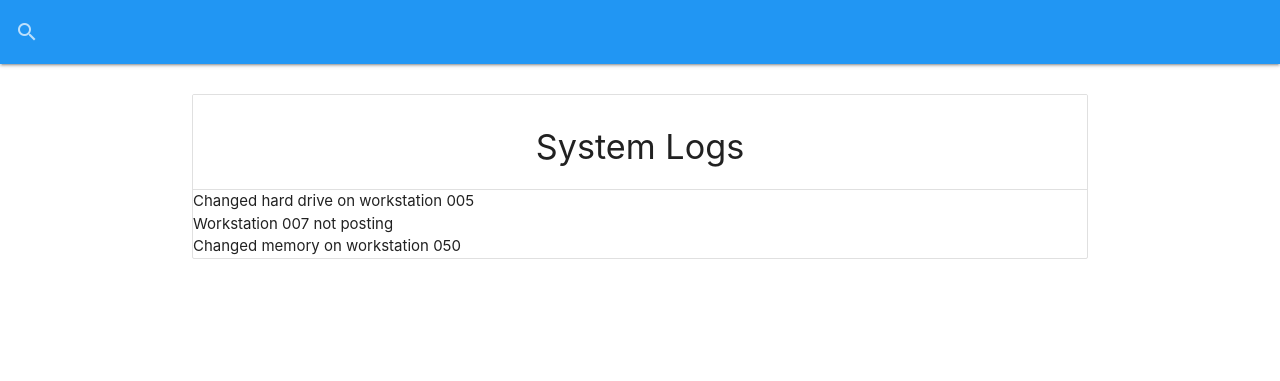
Repository: Takudzwa413/it-logger
Page: /
An editor plug-in stored every save of this project. The page is shown before and after a run of saves, followed by the edit.
The browser window is 1280 px wide. The pictures show the whole page.
The project was rebuilt for these pictures with package versions that can differ from the ones it lists, and the page was loaded fresh each time. Requests to the local data server were answered from the project's data file.

Above is the page before, as saved 2020-06-24 03:07:36.

After the next 4 saves:
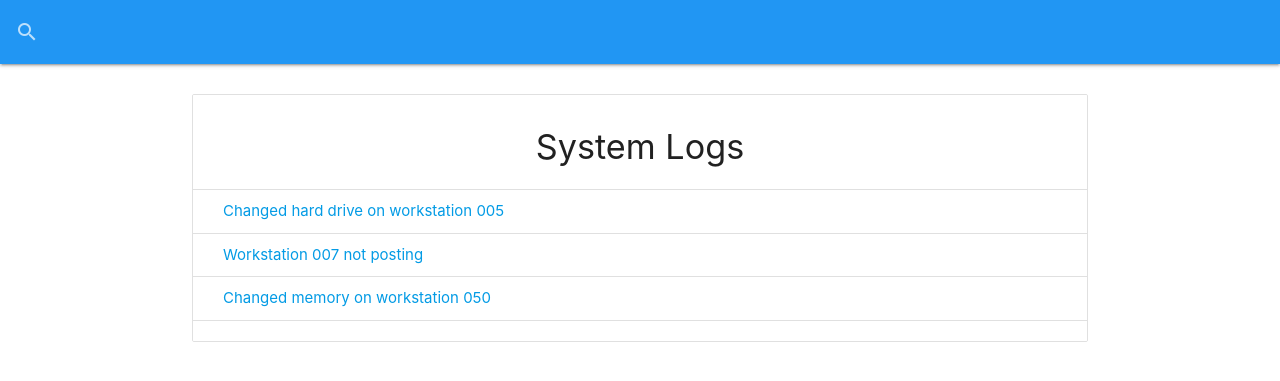
The 4 saves are shown as one change because 3 did not build or start.
The last was saved 12 min 21 s later.
--- a/src/components/logs/Logs.js
+++ b/src/components/logs/Logs.js
@@ -1,4 +1,5 @@
 import React, { useEffect, useState } from "react";
+import LogItem from "./LogItem";
 
 function Logs() {
   const [logs, setLogs] = useState([]);
@@ -29,7 +30,7 @@ function Logs() {
       {!loading && logs.length === 0 ? (
         <p className='center'>No Logs to show...</p>
       ) : (
-        logs.map((logs) => <li>{logs.message}</li>)
+        logs.map((log) => <LogItem log={log} key={log.id} />)
       )}
     </ul>
   );
--- a/src/components/logs/LogItem.js
+++ b/src/components/logs/LogItem.js
@@ -11,6 +11,8 @@ const LogItem = ({ log }) => {
   );
 };
 
-LogItem.propTypes = {};
+LogItem.propTypes = {
+  log: PropTypes.object.isRequired,
+};
 
 export default LogItem;
